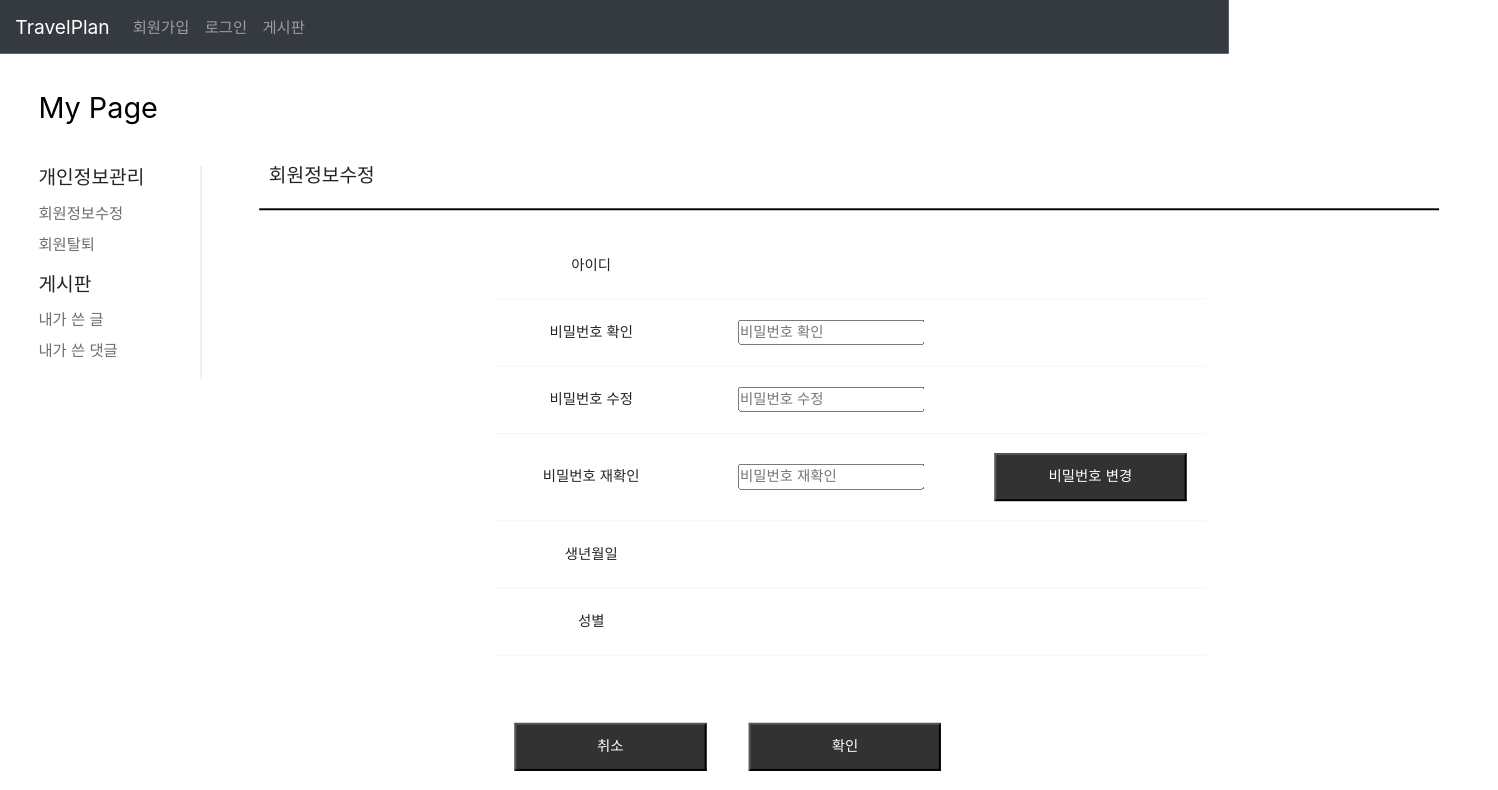
Repository: sna145815/Travel_v1
Page: http://localhost/Travel_v1/mypage
The author's editor kept a copy of each file at every save. The page is drawn from the files as they stood at one save, then again after the next save.
The browser window is 1280 px wide. The page is 1560 px wide, so the pictures cover 1560 px, including what lies to the right of the window. The pictures show the whole page, at 96% of full size.
The page is served by Tomcat 9. Queries for data that is not in the repository find no rows.

Above is the page before, as saved 2022-11-07 07:53:12.

After the next save:
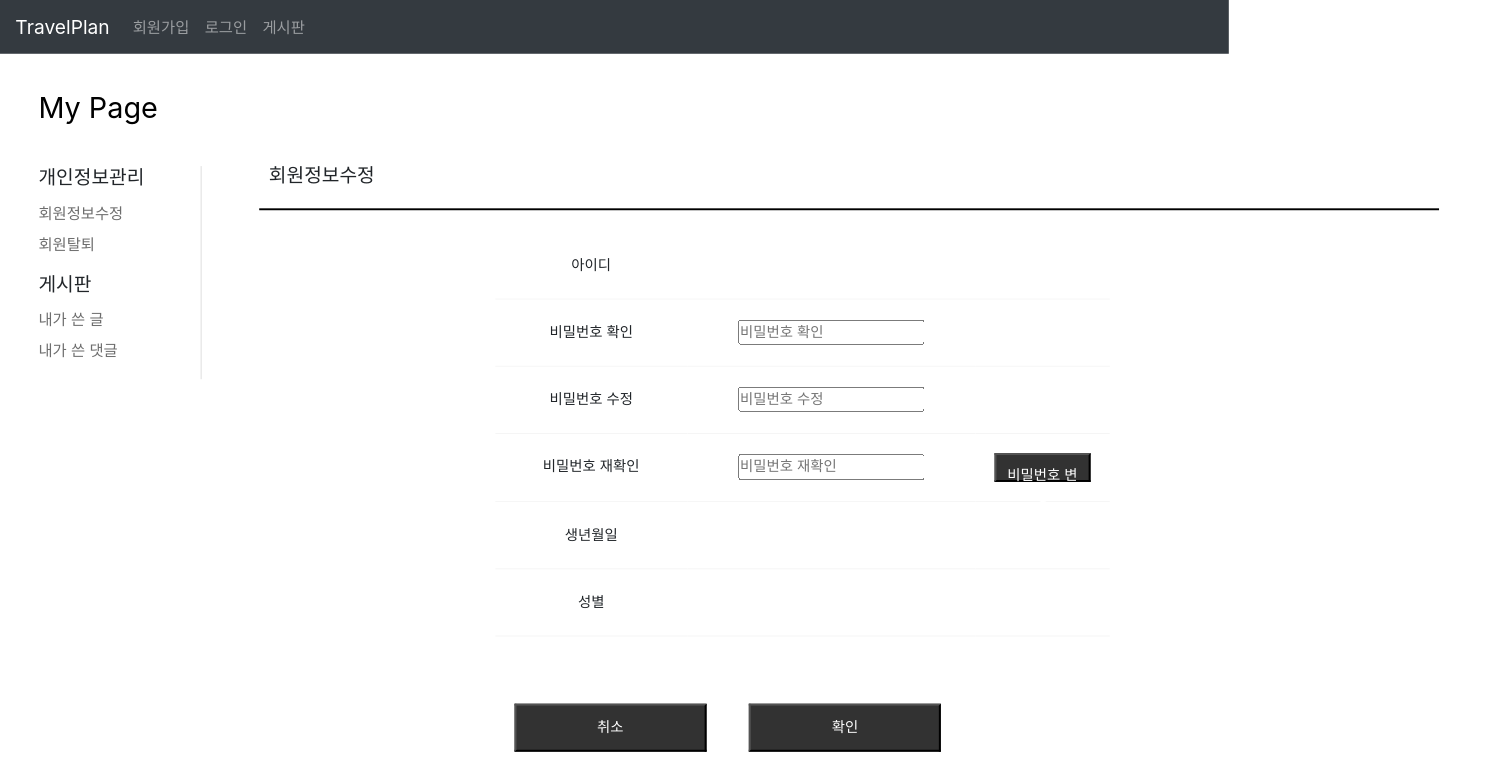
Saved 36 s later.
--- a/Travel_v1/src/main/webapp/WEB-INF/view/mypage.jsp
+++ b/Travel_v1/src/main/webapp/WEB-INF/view/mypage.jsp
@@ -99,7 +99,18 @@
 			margin-top: 50px;
 			margin-left: 20%;
 		}
-		.btn_cancel, .btn_check, .btn_update {
+		.btn_update {
+			width: 100px;
+			height: 30px;
+			margin: 20px;
+			padding: 10px;
+			font-size: 15px;
+			border-collapse: collapse;
+			vertical-align: middle;
+			color: rgb(255, 255, 255);
+			background-color: rgb(50, 50, 50);
+		}
+		.btn_cancel, .btn_check {
 			width: 200px;
 			height: 50px;
 			margin: 20px;
